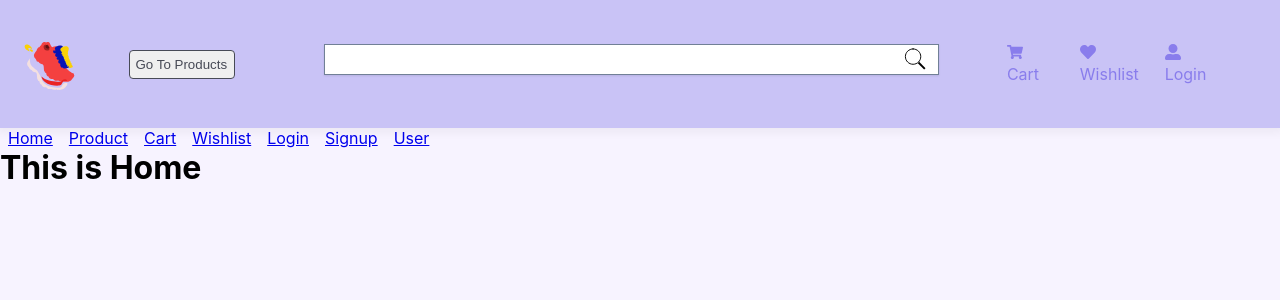
Repository: Irfan-vit/shoecase
Page: /
An editor plug-in stored every save of this project. The page is shown before and after the next save, followed by the edit.
The browser window is 1280 px wide. The pictures show the whole page.
The page's requests for data from a server got no answer. The project was rebuilt for these pictures with package versions that can differ from the ones it lists, and the page was loaded fresh each time. No one was signed in, and anything a server would have sent is missing. Also part of the build but not shown: src/pages/Product/ProductPage.jsx, src/pages/cart/CartPage.jsx, src/pages/wishlist/WishlistPage.jsx, src/pages/login/LoginPage.jsx, src/pages/signup/SignupPage.jsx, src/pages/user/StyledUser.jsx, src/components/forms/addAddress/AddAddress.jsx, src/components/forms/editAddress/EditAddress.jsx and 4 more.

Above is the page before, as saved 2023-05-22 04:44:11.

### src/index.js
import React, { useState } from 'react'
import { createRoot } from 'react-dom/client'
import { BrowserRouter } from 'react-router-dom'
import { makeServer } from './server'
import App from './App'

import { AuthProvider } from './context/AuthContext'
import { ToastContainer } from 'react-toastify'
import { ThemeProvider } from 'styled-components'
import { defaultTheme } from './utils/theme/theme'
import GlobalStyles from './utils/theme/Global'
import 'react-toastify/dist/ReactToastify.min.css'
import './utils/css/typography.css'
import './utils/css/colors.css'

// Call make Server
makeServer()

createRoot(document.getElementById('root')).render(
  <BrowserRouter>
    <AuthProvider>
      <ThemeProvider theme={defaultTheme}>
        <App />
        <ToastContainer />
        <GlobalStyles />
      </ThemeProvider>
    </AuthProvider>
  </BrowserRouter>,
)

### src/App.jsx
import { useEffect } from 'react'
import { Routes, Route, Link } from 'react-router-dom'
import axios from 'axios'

import Home from './pages/home/HomePage'
import Product from './pages/Product/ProductPage'
import Cart from './pages/cart/CartPage'
import Wishlist from './pages/wishlist/WishlistPage'
import Login from './pages/login/LoginPage'
import Signup from './pages/signup/SignupPage'
import User from './pages/user/User'

import RequiresAuth from './components/RequiresAuth'
import { useAuth } from './context/AuthContext'
import NavBar from './components/navBar/NavBar'

function App() {
  async function getCat() {
    const res = await axios.get('/api/products')
    const dat = res.data.products
    console.log(dat)
  }
  useEffect(() => {
    getCat()
  }, [])
  return (
    <div className="App">
      <NavBar />
      <nav>
        <Link to="/" style={{ padding: '0.5rem' }}>
          Home
        </Link>
        <Link to="/product" style={{ padding: '0.5rem' }}>
          Product
        </Link>
        <Link to="/cart" style={{ padding: '0.5rem' }}>
          Cart
        </Link>
        <Link to="/wishlist" style={{ padding: '0.5rem' }}>
          Wishlist
        </Link>
        <Link to="/login" style={{ padding: '0.5rem' }}>
          Login
        </Link>
        <Link to="/signup" style={{ padding: '0.5rem' }}>
          Signup
        </Link>
        <Link to="/user" style={{ padding: '0.5rem' }}>
          User
        </Link>
      </nav>
      <Routes>
        <Route path="/" element={<Home />} />
        <Route path="/product" element={<Product />} />
        <Route path="/wishlist" element={<Wishlist />} />
        <Route path="/login" element={<Login />} />
        <Route path="/signup" element={<Signup />} />
        {/* <Route path="/user" element={<User />} /> */}
        <Route
          path="/cart"
          element={
            <RequiresAuth>
              <Cart />
            </RequiresAuth>
          }
        />
        <Route
          path="/user"
          element={
            <RequiresAuth>
              <User />
            </RequiresAuth>
          }
        />
      </Routes>
    </div>
  )
}

export default App

### src/context/AuthContext.jsx
import { createContext, useContext, useEffect, useState } from 'react'
import { useNavigate, useLocation } from 'react-router-dom'
import axios from 'axios'
import { login, signup } from '../api/auth/apiAuth'

const AuthContext = createContext()

const AuthProvider = ({ children }) => {
  const localStorageToken = JSON.parse(localStorage.getItem('token'))
  const navigate = useNavigate()
  const location = useLocation()
  const [token, setToken] = useState(localStorageToken?.token)
  const [userDetails, setUserDetails] = useState(localStorageToken?.user)

  async function getUser({ email, password }, e) {
    try {
      e.preventDefault()
      const {
        data: { foundUser, encodedToken },
      } = await login({ email, password })
      localStorage.setItem(
        'token',
        JSON.stringify({ token: encodedToken, user: foundUser }),
      )
      setToken(encodedToken)
      setUserDetails(foundUser)
      console.log(foundUser)
      navigate(location?.state?.from?.pathname ?? '/', { replace: true })
    } catch {
      console.error('invalid Credentials')
    }
  }

  async function setUser({ email, password }, e) {
    try {
      e.preventDefault()
      const {
        data: { createdUser, encodedToken },
      } = await signup({ email, password })
      console.log(createdUser, encodedToken, 'response data')
      localStorage.setItem(
        'token',
        JSON.stringify({ token: encodedToken, user: createdUser }),
      )
      setToken(encodedToken)
      setUserDetails(createdUser)
      console.log(createdUser)
      navigate('/')
    } catch {
      console.error('invalid signup')
    }
  }
  return (
    <AuthContext.Provider
      value={{ getUser, setUser, token, setToken, userDetails, setUserDetails }}
    >
      {children}
    </AuthContext.Provider>
  )
}

const useAuth = () => useContext(AuthContext)

export { AuthProvider, useAuth }

### src/utils/theme/theme.js
import defaultColors from './defaultThemeColors'
// import typography from './typogarphy'
export const defaultTheme = {
  primaryBg: defaultColors.primaryBg,
  offSetBg: defaultColors.offSetBg,
  primaryText: defaultColors.primaryText,
  PrimaryHeading: defaultColors.PrimaryHeading,
  offSetText: defaultColors.offSetText,
  action: defaultColors.action,
  actionOffSet: defaultColors.actionOffSet,
  higilight: defaultColors.higilight,
}
export const darkTheme = {
  primaryBg: defaultColors.primaryBg,
  offSetBg: defaultColors.offSetBg,
  textOnPrimary: defaultColors.textOnPrimary,
  textOnOffSet: defaultColors.textOnOffSet,
  action: defaultColors.action,
  textColor: defaultColors.textColor,
  textMuted: defaultColors.textMuted,
}

### src/utils/theme/Global.js
import { createGlobalStyle } from 'styled-components'

const GlobalStyles = createGlobalStyle`
html {
    box-sizing: border-box;
    font-size: 16px;
    font-family: var(--font-family-body);
  }
*, *::before, *::after {
    box-sizing: inherit;
    Margin:0;
    Padding:0;
    Border:0;
}
body{
  background-color: ${(props) => props.theme.primaryBg};
}
`
export default GlobalStyles

### src/utils/css/typography.css
html {
    box-sizing: border-box;
    font-size: 16px;
    font-family: var(--font-family-body);
  }
*, *::before, *::after {
    box-sizing: inherit;
    Margin:0;
    Padding:0;
    Border:0;
}

:root{
    --font-family-hero: CircularPro, "Gill Sans", "Gill Sans MT", "Helvetica Neue", Helvetica, Arial, sans-serif;
    --font-family-headings: CircularPro, Sans, apple-system, sans-serif;
    --font-family-body: -apple-system, BlinkMacSystemFont, "Segoe UI", Roboto, Helvetica, Arial, sans-serif, "Apple Color Emoji", "Segoe UI Emoji", "Segoe UI Symbol";
    --font-family-serif: Georgia, "Times New Roman", serif;
    --font-family-mono: Menlo, Monaco, "Courier New", monospace;
    --font-xxxs: 0.425rem;
    --font-xxs: 0.625rem;
    --font-xs: 0.7rem;
    --font-sm: 0.875rem;
    --font-md: 1rem;
    --font-lg: 1.25rem;
    --font-xl: 1.5rem;
    --font-xxl: 2.25rem;
    --font-xxxl: 3rem;
    --font-xxxxl: 4rem;
    --font-weight-light: 300;
    --font-weight-normal: 400;
    --font-weight-strong: 500;
    --font-weight-semi-bold: 600;
    --font-weight-bold: 700;
    --primary-color: #6c5ce7;
    --primary-heavy: #5d4aec;
    --primary-light: #897dec;
    --text-on-primary: #ffffff;
    --primary-bg: #eceaff;
    --primary-bg-heavy: #c9c3f6;
    --secondary-color: #ffffff;
    --secondary-heavy: #ffffff;
    --secondary-light: #ffffff;
    --text-on-secondary: #6c5ce7;
    --secondary-bg: #ffffff;
    --secondary-bg-heavy: #ffffff;
    --error-color: #e62e5c;
    --error-heavy: #d31948;
    --error-light: #f086a0;
    --error-bg: #f7bac9;
    --error-bg-heavy: #8d1130;
    --spacing-unit: 6px;
    --margins: 2;
    --margin-size: (var(--margins) * 2);
    --cell-padding: (4 * var(--spacing-unit));
    --grid-gutter: (var(--margins) * var(--spacing-unit));
    --grid-margin: (var(--margin-size) * var(--spacing-unit));
    --cell-margin: (var(--grid-gutter) / 2);
    --border-radius-small: 0.125rem;
    --border-radius-medium: 0.25rem;
    --border-radius-large: 0.5rem;
    --border-radius-x-large: 1rem;
    --border-radius-circle: 50%;
    --border-radius-pill: 9999px;
    --border-size1: 1px;
    --border-size2: 2px;
    --border-size3: 3px;
    --border-size4: 4px;
    --text-color: #718096;
    --text-bright: #000;
    --text-muted: #a9b1ba;
    --bg-color: #fff;
    --background-body: #202b38;
    --background: #161f27;
    --background-alt: #1a242f;
    --box-shadow: 0 -1px 1px 0 rgba(0, 0, 0, 0.09), 0 2px 2px 0 rgba(0, 0, 0, 0.23);
    --box-shadow-x-small: 0 1px 0 #0d131e0d;
    --box-shadow-small: 0 1px 2px #0d131e1a;
    --box-shadow-medium: 0 2px 4px #0d131e1a;
    --box-shadow-large: 0 2px 8px #0d131e1a;
    --box-shadow-x-large: 0 4px 16px #0d131e1a;
    --border-color: #fff;
    --form-placeholder: #a9a9a9;
    --form-text: #fff;
    --color-focus-outline: #4299e14c;
    --tertiary-color: #8367C7;
    --complimentary-color: #F0FFF1;
    --twitter: #1da1f2;
    --slack: #4a154b;
    --github: #24292e;
    --heading-xxs: 1rem;
    --heading-xs: 1.1rem;
    --heading-sm: 1.25rem;
    --heading-md: 1.5rem;
    --heading-lg: 2rem;
    --heading-xl: 3rem;
    --heading-xxl: 4rem;
}

### src/utils/css/colors.css
:root{
    --background-color: #FFFFFF;
    --on-background-color: #2B2B2B;
    --on-background-low-color: #9598A1;
    --on-background-medium-color: #707279;
    --on-background-high-color: #2B2B2B;
    --primary-color: #6C5CE7;
    --on-primary-color: #FFFFFF;
    --border-medium-color: #EDEDED;
    --border-medium-hover-color: #CECECE;
    --border-medium-focus-color: #C6C6C6;
    --border-medium-active-color: #AFAFAF;
    --border-high-color: #BABEC9;
    --border-high-hover-color: #A3A6B0;
    --border-high-focus-color: #9DA1A9;
    --border-high-active-color: #8C8F96;
    --border-primary-color: #6C5CE7;
    --border-primary-hover-color: #8376EB;
    --border-primary-focus-color: #897DEC;
    --border-primary-active-color: #8F83ED;
    --surface-color: #FFFFFF;
    --surface-hover-color: #EDEBFC;
    --surface-active-color: #DCD8F9;
    --surface-focus-color: #E2DEFA;
    --on-surface-color: #2B2B2B;
    --on-surface-medium-color: #707279;
    --on-surface-low-color: #9598A1;
    --surface01-color: #FFFBFF;
    --surface02-color: #F7F2FD;
    --surface-primary-color: #140068;
    --surface-primary-hover-color: #3A2980;
    --surface-primary-active-color: #433386;
    --surface-primary-focus-color: #4C3D8C;
    --on-surface-primary-color: #FFFFFF;
    --surface-neutral-color: #FFFFFF;
    --surface-neutral-hover-color: #F4F5F6;
    --surface-neutral-focus-color: #F1F2F4;
    --surface-neutral-active-color: #EEEFF2;
    --on-surface-neutral-high-color: #2B2B2B;
    --on-surface-neutral-medium-color: #707279;
    --on-surface-neutral-low-color: #9598A1;
    --positive-color: #37B26C;
    --negative-color: #E62E5C;
    --warning-color: #FFC640;
    --process-color: #0984E3;
    --primary-surface-color: #F6F5FE;
    --positive-surface-color: #F3FAF6;
    --negative-surface-color: #FDF2F5;
    --warning-surface-color: #FFFCF4;
    --process-surface-color: #F0F8FD;
}

### src/backend/controllers/CategoryController.js
import { Response } from "miragejs";

/**
 * All the routes related to Category are present here.
 * These are Publicly accessible routes.
 * */

/**
 * This handler handles gets all categories in the db.
 * send GET Request at /api/categories
 * */

export const getAllCategoriesHandler = function () {
  try {
    return new Response(200, {}, { categories: this.db.categories });
  } catch (error) {
    return new Response(
      500,
      {},
      {
        error,
      }
    );
  }
};

/**
 * This handler handles gets all categories in the db.
 * send GET Request at /api/user/category/:categoryId
 * */

export const getCategoryHandler = function (schema, request) {
  const categoryId = request.params.categoryId;
  try {
    const category = schema.categories.findBy({ _id: categoryId });
    return new Response(200, {}, { category });
  } catch (error) {
    return new Response(
      500,
      {},
      {
        error,
      }
    );
  }
};

### src/backend/controllers/ProductController.js
import { Response } from "miragejs";

/**
 * All the routes related to Product are present here.
 * These are Publicly accessible routes.
 * */

/**
 * This handler handles gets all products in the db.
 * send GET Request at /api/products
 * */

export const getAllProductsHandler = function () {
  return new Response(200, {}, { products: this.db.products });
};

/**
 * This handler handles gets all products in the db.
 * send GET Request at /api/user/products/:productId
 * */

export const getProductHandler = function (schema, request) {
  const productId = request.params.productId;
  try {
    const product = schema.products.findBy({ _id: productId });
    return new Response(200, {}, { product });
  } catch (error) {
    return new Response(
      500,
      {},
      {
        error,
      }
    );
  }
};

### src/backend/db/categories.js
import { v4 as uuid } from 'uuid'
import { casual, fitness, track, sports } from '../../assets/assetsServer'
/**
 * Category Database can be added here.
 * You can add category of your wish with different attributes
 * */

export const categories = [
  {
    _id: uuid(),
    categoryName: 'casual',
    imgSrc: casual,
  },
  {
    _id: uuid(),
    categoryName: 'sports',
    imgSrc: sports,
  },
  {
    _id: uuid(),
    categoryName: 'fitness',
    imgSrc: fitness,
  },
  {
    _id: uuid(),
    categoryName: 'track',
    imgSrc: track,
  },
]

### src/backend/db/users.js
import { v4 as uuid } from 'uuid'
import { formatDate } from '../utils/authUtils'
/**
 * User Database can be added here.
 * You can add default users of your wish with different attributes
 * Every user will have cart (Quantity of all Products in Cart is set to 1 by default), wishList by default
 * */

export const users = [
  {
    _id: uuid(),
    firstName: 'Adarsh',
    lastName: 'Balika',
    email: 'adarshbalika@gmail.com',
    password: 'adarshbalika',
    address: [],
    createdAt: formatDate(),
    updatedAt: formatDate(),
  },
  {
    _id: uuid(),
    firstName: 'Adarsh',
    lastName: 'Balika',
    email: 'balika@gmail.com',
    password: 'balika',
    address: [],
    createdAt: formatDate(),
    updatedAt: formatDate(),
  },
]

### src/pages/home/HomePage.jsx
const Home = () => {
  return (
    <>
      <h1>This is Home</h1>
    </>
  )
}

export default Home

### src/components/navBar/NavBar.jsx
import { useNavigate } from 'react-router-dom'
import { redirect } from 'react-router-dom'
import { Link } from 'react-router-dom'
import { StyledNavWrapper, StyledNav, StyledNavList } from '../../styles/index'
import { FaShoppingCart, FaHeart, FaUserAlt } from 'react-icons/fa'
import HeroLogo from '../animations/HeroAnimations/HeroLogo'

import SearchInput from '../inputs/SeacrhInput'
import Select from '../select/Select'
// import { useFilterProducts } from '../../context/filterProductsContext'

const NavBar = () => {
  // const { filterDispatch, filterState } = useFilterProducts()
  const navigate = useNavigate()
  return (
    <StyledNavWrapper>
      <StyledNav>
        <div>
          <div>
            <Link to="/">
              <HeroLogo />
            </Link>
          </div>
          <div>
            <Select />
          </div>
        </div>
        <div>
          <div>
            <SearchInput />
          </div>
          <div>
            <StyledNavList>
              <ul>
                <li>
                  <Link to="/cart">
                    <FaShoppingCart />
                    <p>Cart</p>
                  </Link>
                </li>
                <li>
                  <Link to="/wishlist">
                    <FaHeart />
                    <p>Wishlist</p>
                  </Link>
                </li>
                <li>
                  <Link to="">
                    <FaUserAlt />
                    <p>Login</p>
                  </Link>
                </li>
              </ul>
            </StyledNavList>
          </div>
        </div>
      </StyledNav>
    </StyledNavWrapper>
  )
}

export default NavBar

### src/api/auth/apiAuth.js
import axios from 'axios'

export const login = async ({ email, password }) =>
  await axios.post(`/api/auth/login`, {
    email,
    password,
  })

export const signup = async ({ email, password }) =>
  await axios.post(`/api/auth/signup`, {
    email,
    password,
  })

### src/utils/theme/defaultThemeColors.js
const defaultColors = {
  primaryBg: '#f7f3ff',
  PrimaryHeading: '#a9b1ba',
  primaryText: '#718096',
  offSetBg: '#c9c3f6',
  offSetText: '#474a56',
  action: '#885df1',
  actionOffSet: '#ffffff',

  higilight: '#897dec',
  // higilight: '#5D48B8',
}

export default defaultColors

### src/assets/assetsServer.js
import casual from './images/casual.jpg'
import casualT1 from './images/casualT1.jpg'
import casualT2 from './images/casualT2.jpg'
import fitness from './images/fitness.jpg'
import fitnessT1 from './images/fitnessT1.jpg'
import fitnessT2 from './images/fitnessT2.jpg'
import track from './images/track.jpg'
import trackT1 from './images/trackT1.jpg'
import trackT2 from './images/trackT2.jpg'
import sports from './images/sports.jpg'
import sportsT1 from './images/sportsT1.jpg'
import sportsT2 from './images/sportsT2.jpg'
import men from './images/men.jpg'
import mensT1 from './images/mensT1.jpg'
import mensT2 from './images/mensT2.jpg'
import women from './images/women.jpg'
import womensT1 from './images/womensT1.jpg'
import womensT2 from './images/womensT2.jpg'

export {
  casual,
  casualT1,
  casualT2,
  fitness,
  fitnessT1,
  fitnessT2,
  track,
  trackT1,
  trackT2,
  sports,
  sportsT1,
  sportsT2,
  men,
  mensT1,
  mensT2,
  women,
  womensT1,
  womensT2,
}

### src/styles/index.js
export * from './NavBarStyles'
export * from './SelectStyles'
export * from './SearchInputStyles'

### src/components/animations/HeroAnimations/HeroLogo.jsx
import { useLottie, useLottieInteractivity } from 'lottie-react'
import logoRun from '../../../assets/json/logo.json'
const style = {
  height: '4rem',
  width: '4rem',
  display: 'inline-block',
  cursor: 'pointer',
}

const options = {
  animationData: logoRun,
}

const HeroLogo = () => {
  const lottieObj = useLottie(options, style)
  const Animation = useLottieInteractivity({
    lottieObj,
    mode: 'cursor',
    actions: [
      {
        position: { x: [0, 1], y: [0, 1] },
        type: 'seek',
        frames: [49, 72],
      },
      {
        position: { x: -1, y: -1 },
        type: 'stop',
        frames: [72],
      },
    ],
  })

  return Animation
}

export default HeroLogo

### src/components/inputs/SeacrhInput.jsx
import Search from '../animations/Floats/Search'

import { StyledSearchInput } from '../../styles/index'
// import { useFilterProducts } from '../../context/filterProductsContext'
const SearchInput = () => {
  // const { search, setSearch } = useFilterProducts()
  return (
    <form action="">
      <StyledSearchInput>
        <input
          type="text"
          // value={search}
          // onChange={(e) => setSearch(e.target.value)}
        />
        <Search />
      </StyledSearchInput>
    </form>
  )
}
export default SearchInput

### src/components/select/Select.jsx
import { useNavigate } from 'react-router-dom'
// import { useFilterProducts } from '../../context/filterProductsContext'
import { StyledSelect } from '../../styles/index'
import { Link } from 'react-router-dom'

const Select = () => {
  // const { filterDispatch, filterState } = useFilterProducts()
  const navigate = useNavigate()
  return (
    <form action="">
      <label
        htmlFor="categories"
        onSubmit={(e) => {
          e.preventDefault()
        }}
      >
        <StyledSelect name="categories" id="categories">
          <option value="select">
            <Link
              onClick={() => {
                // filterDispatch({ type: 'reset' })
                navigate('/product')
              }}
            >
              Go To Products
            </Link>
          </option>
          <option value="casual">
            <Link
              onClick={() => {
                // filterDispatch({ type: 'casual' })
                navigate('/product')
              }}
            >
              Casual
            </Link>
          </option>
          <option value="fitness">
            <Link
              onClick={() => {
                navigate('/product')
                // filterDispatch({ type: 'fitness' })
              }}
            >
              Fitness
            </Link>
          </option>
          <option value="track">
            <Link
              onClick={() => {
                navigate('/product')
                // filterDispatch({ type: 'track' })
              }}
            >
              Track
            </Link>
          </option>
          <option value="sports">
            <Link
              onClick={() => {
                navigate('/product')
                // filterDispatch({ type: 'sports' })
              }}
            >
              Sports
            </Link>
          </option>
        </StyledSelect>
      </label>
    </form>
  )
}
export default Select

### src/styles/NavBarStyles.jsx
import styled from 'styled-components'

const StyledNavWrapper = styled.aside`
  margin-bottom: 8rem;
`

const StyledNav = styled.nav`
  box-shadow: var(--box-shadow);
  box-shadow: 0px 0px 10px 4px rgb(0 0 0 / 5%);
  z-index: 1;
  position: fixed;
  top: 0;
  width: 100%;
  height: 8rem;
  background-color: ${(props) => props.theme.offSetBg};
  margin: 0 auto;
  display: flex;
  align-items: center;
  justify-content: space-between;
  > :nth-child(1) {
    display: flex;
    flex-flow: column wrap;
    align-items: center;
    flex-basis: 20%;
    justify-content: space-around;
  }
  > :nth-child(2) {
    display: flex;
    justify-content: space-between;
    flex-basis: 80%;
    > :nth-child(1) {
      flex-basis: 80%;
    }
    > :nth-child(2) {
      flex-basis: 20%;
    }
  }

  @media (min-width: 900px) {
    display: flex;
    justify-content: space-between;
    align-items: center;
    > :nth-child(1) {
      display: flex;
      flex-flow: row;
      align-items: center;
      align-content: center;
      flex-basis: 20%;
      justify-content: space-around;
    }
    > :nth-child(2) {
      display: flex;
      justify-content: space-evenly;
      flex-basis: 80%;
      > :nth-child(1) {
        flex-basis: 60%;
      }
      > :nth-child(2) {
        flex-basis: 20%;
      }
    }
  }
`

const StyledNavList = styled.div`
  > ul {
    display: flex;
    flex-flow: row wrap;
    list-style-type: none;
    justify-content: space-between;
    align-items: center;
    align-content: center;
  }
  > ul > li {
    flex-basis: 23%;
  }
  > ul > li > a {
    text-decoration: none;
    margin: 0;
    padding: 0;
    transition: 0.3s;
    text-decoration: underline;
    text-decoration-color: transparent;
    -webkit-text-decoration-color: transparent;
    -moz-text-decoration-color: transparent;
    text-decoration: none;
    color: ${(props) => props.theme.higilight};
    :hover,
    :active,
    :focus {
      color: ${(props) => props.theme.offSetText};
      text-decoration-line: underline;
      text-decoration-style: line;
      text-decoration-color: ${(props) => props.theme.offSetText};
      text-underline-offset: 3px;
    }
  }
`
export { StyledNavWrapper, StyledNav, StyledNavList }

### src/styles/SelectStyles.jsx
import styled from 'styled-components'
const StyledSelect = styled.select`
  outline: none;
  border: none;
  outline: none;
  cursor: pointer;
  border-radius: var(--border-size4);
  padding: var(--spacing-unit);
  color: ${(props) => props.theme.offSetText};
  border: 1px solid ${(props) => props.theme.offSetText};
  appearance: none;
  :focus {
    border: 1px solid ${(props) => props.theme.action};
    outline: none;
  }
`
export { StyledSelect }

### src/styles/SearchInputStyles.jsx
import styled from 'styled-components'

const StyledSearchInput = styled.div`
  position: relative;
  width: 100%;
  > input {
    outline: none;
    cursor: pointer;
    padding: var(--font-xxxs) var(--font-xxs);
    color: ${(props) => props.theme.primaryText};
    border: 1px solid ${(props) => props.theme.primaryHeading};
    box-shadow: var(--box-shadow-small);
    width: 100%;
    :focus {
      border: 1px solid ${(props) => props.theme.action};
      outline: none;
    }
  }
  > a {
    position: absolute;
    right: 0;
    bottom: 0%;
    transform: translate(-50%, 0%);
    color: ${(props) => props.theme.textMuted};
    cursor: pointer;
    :hover {
      color: ${(props) => props.theme.primaryColor};
    }
  }
`
export {StyledSearchInput}

### src/components/animations/Floats/Search.jsx
import { useLottie, useLottieInteractivity } from 'lottie-react'
import search from '../../../assets/json/search.json'
const style = {
  height: '1.5rem',
  display: 'inline-block',
  cursor: 'pointer',
}

const options = {
  animationData: search,
}

const Search = () => {
  const lottieObj = useLottie(options, style)
  const Animation = useLottieInteractivity({
    lottieObj,
    mode: 'cursor',
    actions: [
      {
        position: { x: [0, 1], y: [0, 1] },
        type: 'loop',
        frames: [0, 20],
      },
      {
        position: { x: -1, y: -1 },
        type: 'stop',
        frames: [0],
      },
    ],
  })

  return <a href="#">{Animation}</a>
}

export default Search

Loaded but not shown: public/index.html (common file); src/backend/utils/authUtils.js (common file); src/assets/json/logo.json (1 lines, source omitted); src/assets/json/search.json (1 lines, source omitted); src/backend/controllers/CartController.js (148 lines, source omitted); src/server.js (87 lines, source omitted); src/backend/controllers/WishlistController.js (100 lines, source omitted); src/backend/controllers/AuthController.js (101 lines, source omitted); src/backend/db/products.js (106 lines, source omitted)

After the next save:
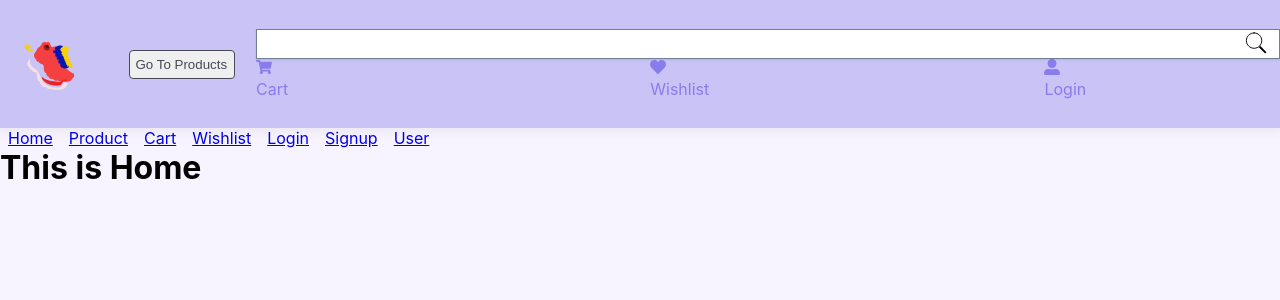
Saved 48 s later.
--- a/src/styles/NavBarStyles.jsx
+++ b/src/styles/NavBarStyles.jsx
@@ -26,6 +26,7 @@ const StyledNav = styled.nav`
   }
   > :nth-child(2) {
     display: flex;
+    flex-flow: column wrap;
     justify-content: space-between;
     flex-basis: 80%;
     > :nth-child(1) {
